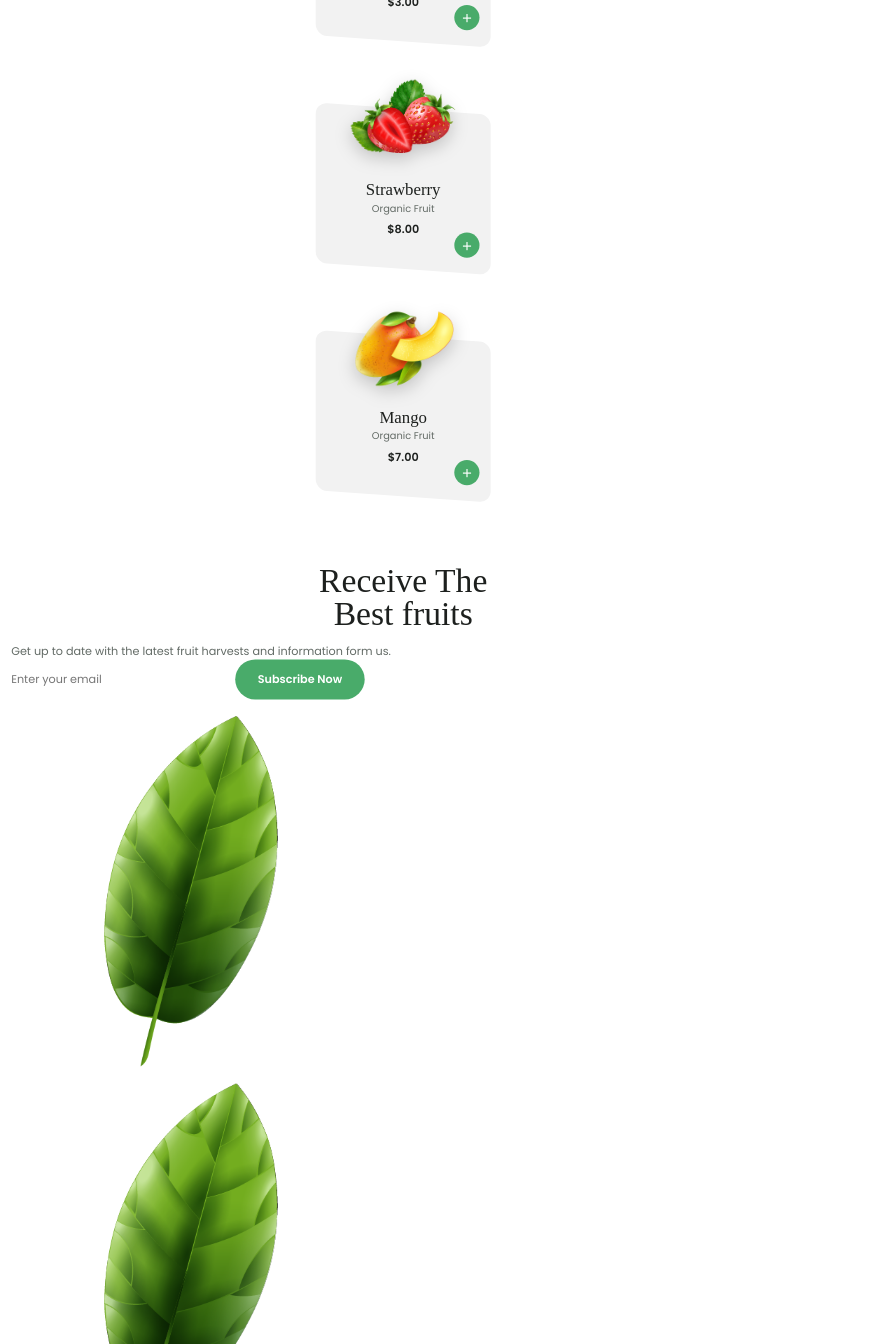
Repository: dinhhaidh/fruit
Page: index.html
An editor plug-in stored every save of this project. The page is shown before and after a run of saves, followed by the edit.
The browser window is 1280 px wide. The pictures show the part of the page from y = 3783 to 5703 px (the page is 5848 px tall), at 70% of full size.
Some web fonts or font styles are not loaded; a fallback is used.

Above is the page before, as saved 2024-02-19 09:50:10.
Console error: ReferenceError: ScrollReveal is not defined

After the next 3 saves:
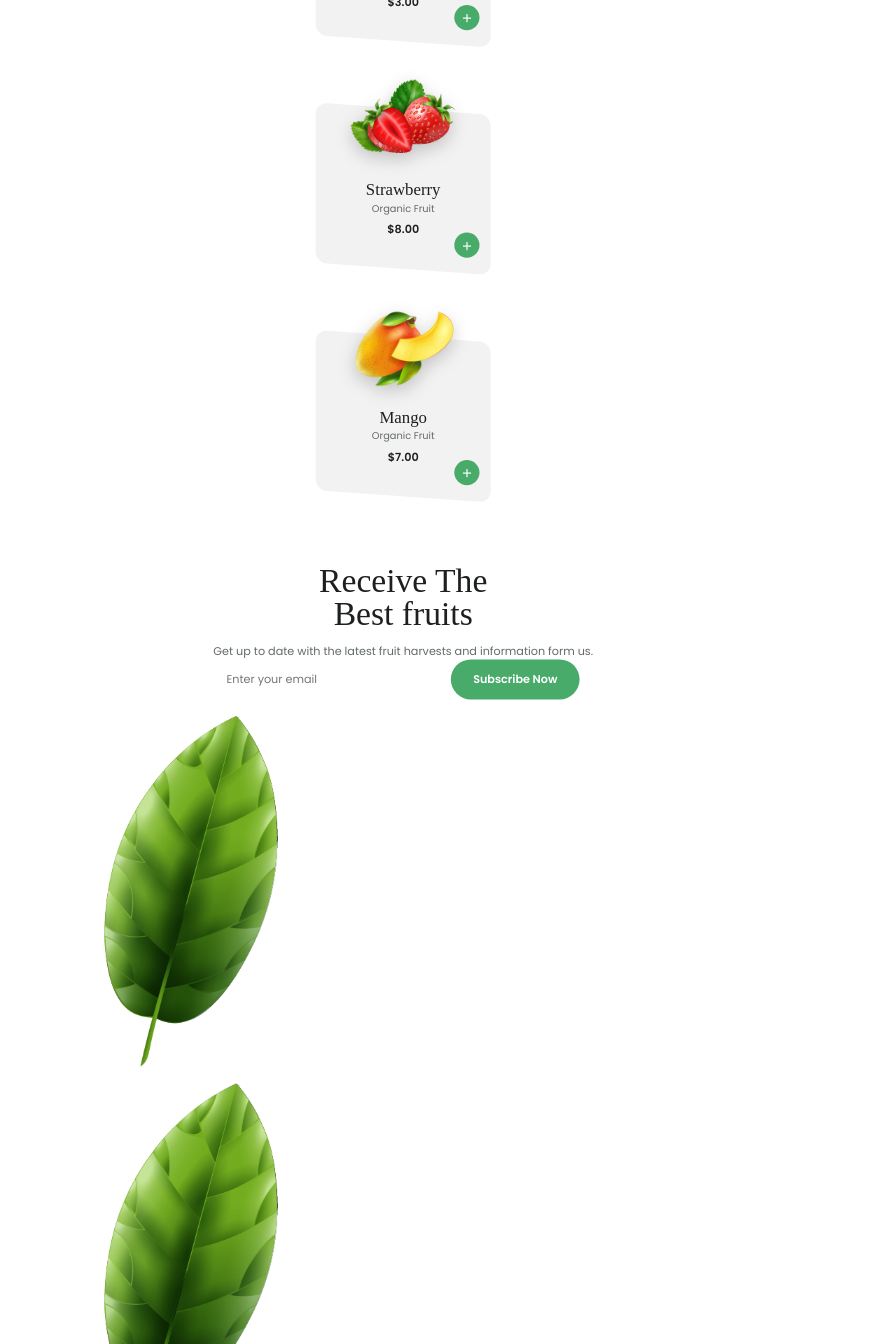
The 3 saves are shown as one change because they came seconds apart.
The last was saved 10 s later.
--- a/css/style.css
+++ b/css/style.css
@@ -471,7 +471,8 @@
 
 }
 .join__content{
-
+    position: relative;
+    text-align: center;
 }
 .join__data{
 

After the 2 saves that followed:
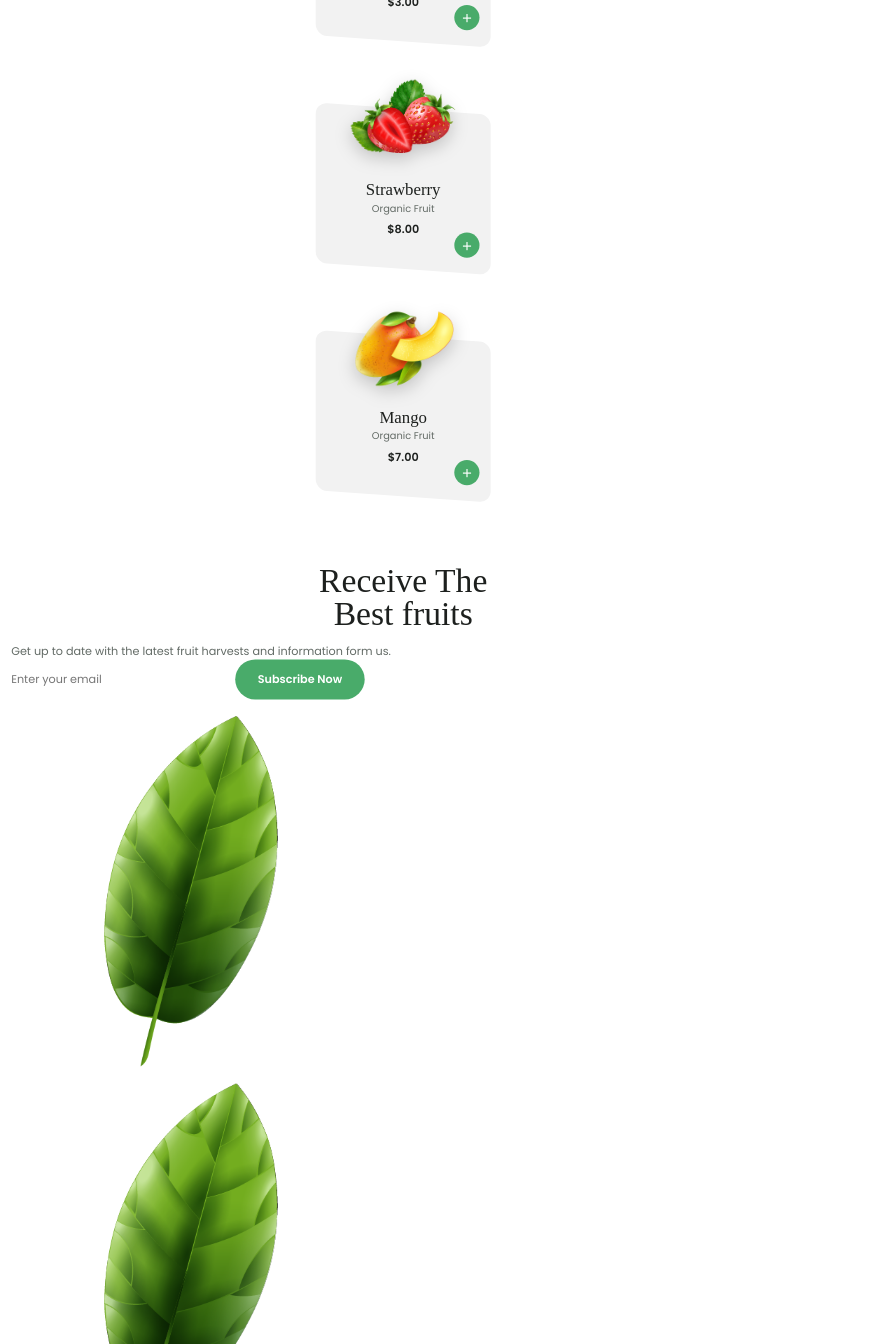
The 2 saves are shown as one change because they came seconds apart.
The last was saved 20 s later.
--- a/css/style.css
+++ b/css/style.css
@@ -472,7 +472,7 @@
 }
 .join__content{
     position: relative;
-    text-align: center;
+
 }
 .join__data{
 
